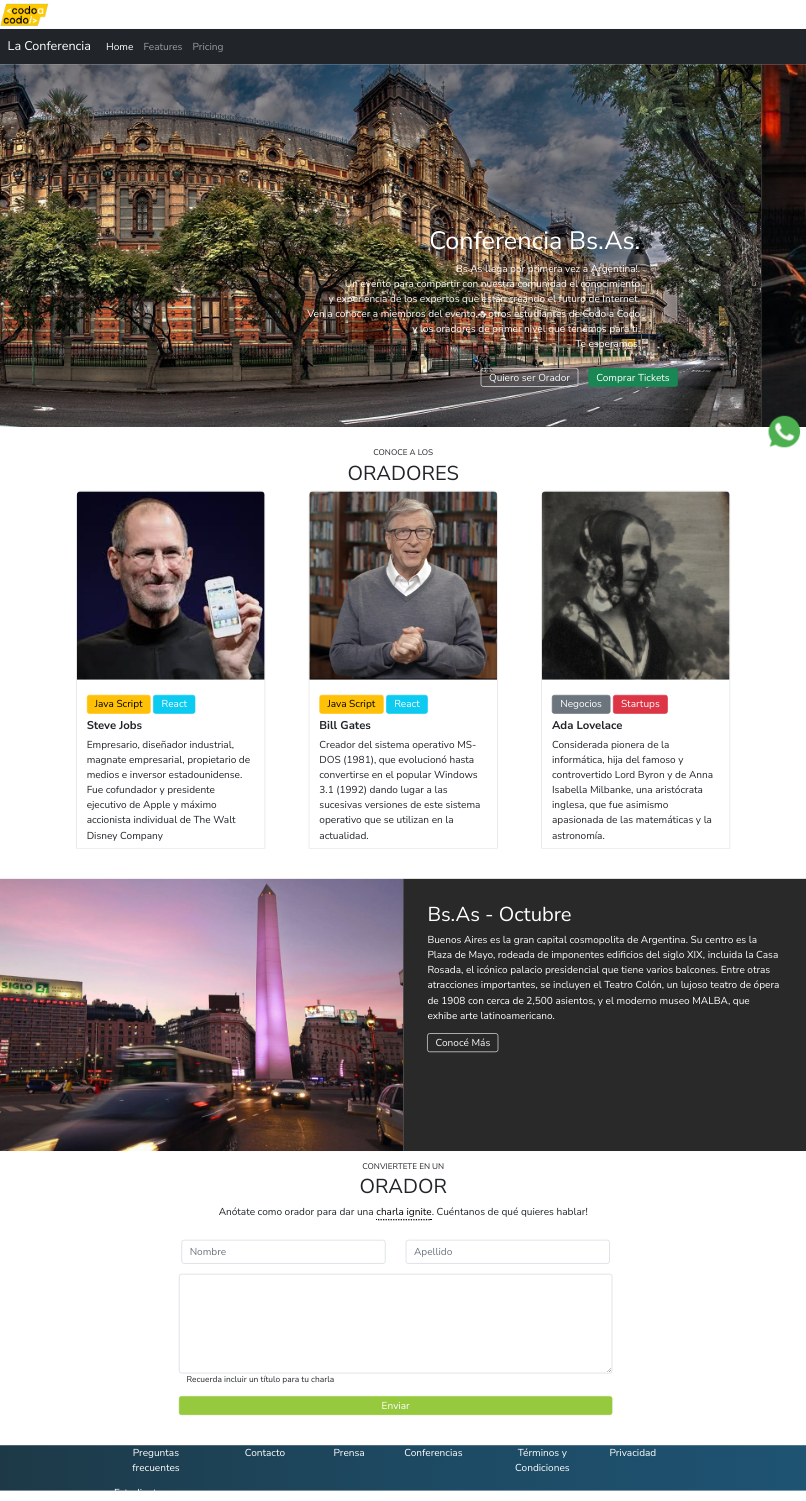
Repository: Melire/trabajo-final-BS
Page: index.html
These files come from the project's save history. The page is drawn as it stood at one moment and after the next save; the edit follows.
The browser window is 1280 px wide. The pictures show the whole page, at 63% of full size.

Above is the page before, as saved 2023-05-11 17:22:42.

### index.html
<!DOCTYPE html>
<html lang="es">

<head>
    <meta charset="UTF-8">
    <meta http-equiv="X-UA-Compatible" content="IE=edge">
    <meta name="viewport" content="width=device-width, initial-scale=1.0">
    <title>Proyecto Melisa Renovales Wolcan</title>
    <link rel="shortcut icon" href="favicon.ico" type="image/x-icon">
    <link href="https://cdn.jsdelivr.net/npm/bootstrap@5.0.2/dist/css/bootstrap.min.css" rel="stylesheet"
        integrity="sha384-EVSTQN3/azprG1Anm3QDgpJLIm9Nao0Yz1ztcQTwFspd3yD65VohhpuuCOmLASjC" crossorigin="anonymous">
    <link rel="stylesheet" href="./css/estilos3.css">

</head>

<body>
    <header class="header">
        <div class="headerNav">
            <div class="contenedorLogo">
                <a href="https://www.buenosaires.gob.ar/educacion/codo-codo" target="_blank">
                    <img src="./assets/img/codoacodo.png" alt="Logo">
                </a>
                <h2>Conf. Bs.As.</h2>
            </div>
            <!--barra de navegacion BS-->

            <nav class="navbar navbar-expand-lg navbar-dark bg-dark">
                <div class="container-fluid">
                  <a class="navbar-brand" href="#laConferencia">La Conferencia</a>
                  <button class="navbar-toggler" type="button" data-bs-toggle="collapse" data-bs-target="#navbarNav" aria-controls="navbarNav" aria-expanded="false" aria-label="Toggle navigation">
                    <span class="navbar-toggler-icon"></span>
                  </button>
                  <div class="collapse navbar-collapse" id="navbarNav">
                    <ul class="navbar-nav">
                      <li class="nav-item">
                        <a class="nav-link active" aria-current="page" href="#">Home</a>
                      </li>
                      <li class="nav-item">
                        <a class="nav-link" href="#">Features</a>
                      </li>
                      <li class="nav-item">
                        <a class="nav-link" href="#">Pricing</a>
                      </li>
                    </ul>
                  </div>
                </div>
              </nav>
            <!--
            <nav>
                <ul class="nav">
                    <li class="nav-item">
                        <a class="nav-link active" aria-current="page" href="#laConferencia">La Conferencia</a>
                    </li>
                    <li class="nav-item">
                        <a class="nav-link" href="#losOradores">Los Oradores</a>
                    </li>
                    <li class="nav-item">
                        <a class="nav-link" href="#lugarYfecha">Lugar y La Fecha</a>
                    </li>
                    <li class="nav-item">
                        <a class="nav-link" href="#convierteteEnOrador">Conviértete en Orador</a>
                    </li>
                    <a class="nav-link color" href="./pages/comprar_tickets.html">Comprar tickets</a>
                    </li>
                </ul>
            </nav>
-->
        </div>
        <!--comportamientos carrousel BS-->
        <section id="laConferencia" class="contenedorCarousel">
            <div id="carouselExampleCaptions" class="carousel slide" data-bs-ride="carousel">
                <div class="carousel-indicators">
                    <div class="carouselNone">
                        <button type="button" data-bs-target="#carouselExampleCaptions" data-bs-slide-to="0"
                            class="active" aria-current="true" aria-label="Slide 1"></button>
                        <button type="button" data-bs-target="#carouselExampleCaptions" data-bs-slide-to="1"
                            aria-label="Slide 2"></button>
                        <button type="button" data-bs-target="#carouselExampleCaptions" data-bs-slide-to="2"
                            aria-label="Slide 3"></button>
                    </div>

                    <!--botones carrousel-->
                    <nav class="container">
                        <div class="botonesCabecera">
                            <a href="#convierteteEnOrador" button type="button" class="btn btn-outline-light">Quiero ser
                                Orador</a>
                            <div class="botonTickets">
                                <a href="./pages/comprar_tickets.html" button type="button"
                                    class="btn btn-success">Comprar
                                    Tickets</a>
                            </div>
                        </div>
                    </nav>
                </div>
                <!--textos y fotos carrousel BS-->
                <div class="carousel-inner">
                    <div class="carousel-item active">
                        <img src="./assets/img/ba1.jpg" class="d-block w-100" alt="Palacio del agua">
                        <div class="carousel-caption d-none d-md-block">
                            <h5 class="texto"> Conferencia Bs.As.</h5>
                            <p> Bs As llega por primera vez a Argentina!.<br /> Un evento para compartir con nuestra
                                comunidad el conocimiento<br /> y experiencia de los expertos que están creando el
                                futuro de Internet.<br />
                                Ven a conocer a miembros del evento, a otros estudiantes de Codo a Codo<br /> y los
                                oradores de primer nivel que tenemos para ti.<br />Te esperamos!</p>
                        </div>
                    </div>
                    <div class="carousel-item">
                        <img src="./assets/img/ba2.jpg" class="d-block w-100" alt="obelisco">
                        <div class="carousel-caption d-none d-md-block">
                            <h5 class="texto">Paseos en bus</h5>
                            <p>Tenemos la mejor selección de tours en español en Argentina<br />
                                ¡y al mejor precio! Descubre todo lo que puedes hacer en la Ciudad de Buenos
                                Aires!<br />
                                Veni a conocer un mágico Buenos Aires<br /> Te invitamos a conocer las costumbres y
                                gastronomía de la vida porteña de antaño</p>
                        </div>
                    </div>
                    <div class="carousel-item">
                        <img src="./assets/img/ba3.jpg" class="d-block w-100" alt="Diagonal sur">
                        <div class="carousel-caption d-none d-md-block">
                            <h5 class="texto">Visitas guiadas en edificios históricos</h5>
                            <p>En nuestras caminatas guiadas,<br /> recorremos los edificios mas hermosos de la
                                ciudad,<br /> llenos de histrorias y misterios.<br /> No te lo pierdas!</p>
                        </div>
                    </div>
                </div>

                <button class="carousel-control-prev" type="button" data-bs-target="#carouselExampleCaptions"
                    data-bs-slide="prev">
                    <span class="carousel-control-prev-icon" aria-hidden="true"></span>
                    <span class="visually-hidden">Previous</span>
                </button>
                <button class="carousel-control-next" type="button" data-bs-target="#carouselExampleCaptions"
                    data-bs-slide="next">
                    <span class="carousel-control-next-icon" aria-hidden="true"></span>
                    <span class="visually-hidden">Next</span>
                </button>
            </div>
        </section>
    </header>

    <!--Oradores BS-->
    <main>
        <section id="losOradores" class="sectionOradores">
            <h2><span class=tituloCh>CONOCE A LOS</span> <br> ORADORES</h2>
            <div class="padreCards">
                <div class="container row row-cols-1 row-cols-md-3 g-3">
                    <div class="col">
                        <div class="card h-100">
                            <img src="./assets/img/steve.jpg" class="card-img-top" alt="Steve Jobs">
                            <div class="buttonsCard">
                                <button type="button" class="btn btn-warning">Java Script</button>
                                <button type="button" class="btn btn-info">React</button>

                            </div>

                            <div class="card-body">
                                <h5 class="card-title"><span>Steve Jobs</span></h5>
                                <p class="card-text">Empresario, diseñador industrial, magnate empresarial, propietario
                                    de medios e inversor
                                    estadounidense. Fue cofundador y presidente ejecutivo de Apple​ y máximo accionista
                                    individual de The Walt Disney Company</p>
                            </div>
                        </div>
                    </div>

                    <div class="col">
                        <div class="card h-100">
                            <img src="./assets/img/bill.jpg" class="card-img-top" alt="Bill Gates">
                            <div class="buttonsCard">
                                <button type="button" class="btn btn-warning">Java Script</button>
                                <button type="button" class="btn btn-info">React</button>
                            </div>
                            <div class="card-body">
                                <h5 class="card-title">Bill Gates</h5>
                                <p class="card-text">Creador del sistema operativo MS-DOS (1981), que evolucionó hasta
                                    convertirse en el popular
                                    Windows 3.1 (1992) dando lugar a las sucesivas versiones de este sistema operativo
                                    que se
                                    utilizan en la actualidad.</p>
                            </div>
                        </div>
                    </div>
                    <div class="col">
                        <div class="card h-100">
                            <img src="./assets/img/ada.jpeg" class="card-img-top" alt="Ada Lovelace">
                            <div class="buttonsCard">
                                <button type="button" class="btn btn-secondary">Negocios</button>
                                <button type="button" class="btn btn-danger">Startups</button>
                            </div>
                            <div class="card-body">
                                <h5 class="card-title">Ada Lovelace</h5>
                                <p class="card-text">Considerada pionera de la informática, hija del famoso y
                                    controvertido Lord Byron y de Anna
                                    Isabella Milbanke, una aristócrata inglesa, que fue asimismo apasionada de las
                                    matemáticas y
                                    la astronomía.</p>
                            </div>
                        </div>
                    </div>
                </div>
            </div>
        </section>
        <section id="lugarYfecha" class="container-fluid">
            <div class="row">
                <div class="col-sm-12 col-md-6 colIzq">

                </div>
                <div class="col-sm-12 col-md-6 colDer">
                    <h2>Bs.As - Octubre</h2>
                    <p>Buenos Aires es la gran capital cosmopolita de Argentina. Su centro es la Plaza de Mayo, rodeada
                        de imponentes edificios del siglo XIX, incluida la Casa Rosada, el icónico palacio presidencial
                        que tiene varios balcones. Entre otras atracciones importantes, se incluyen el Teatro Colón, un
                        lujoso teatro de ópera de 1908 con cerca de 2,500 asientos, y el moderno museo MALBA, que exhibe
                        arte latinoamericano.</p>
                    <a href=""><button type="button" class="btn btn-outline-light">Conocé Más</button></a>
                </div>
        </section>



        <!--Formulario Orador-->
        <section id="convierteteEnOrador" class="formularioOrador container row-cols-1">
            <form>
                <h2><span class="tituloCh"> CONVIERTETE EN UN </span> <br> ORADOR</h2>
                <p>Anótate como orador para dar una <a href="" class="charla">charla ignite</a>.
                    Cuéntanos de qué quieres hablar!</p>

                <div class="mb-3">
                    <div class="datosUser container row ">
                        <div class="imputName col-sm-12  col-md-6 col-lg-4">
                            <input type="text" class="form-control" id="Nombre" placeholder="Nombre">
                        </div>
                        <div class="imputName col-sm-12  col-md-6 col-lg-4">
                            <input type="text" class="form-control" id="Apellido" placeholder="Apellido">
                        </div>

                        <div class="container row col-sm-12  col-md-8 col-lg-8">
                            <textarea class="form-control " id="exampleFormControlTextarea1" rows="6"
                                placeholder="Sobre que quieres hablar?">
                            </textarea>
                                <p class="finalForm">Recuerda incluir un título para tu charla</p>
                        </div>

                            <div class="d-grid gap-2 col-sm-12  col-md-8 col-lg-8">
                                <button class="btn btn-success-color">Enviar</button>
                            </div>
                    </div>
                </div>
            </form>
        </section>
    </main>


    <!--footer BS-->
    <footer class="footer container-fluid mt-5">
        <div class="contenedorFooter row text-center gap-3 w-75 h-100 mx-auto">
            <a class="col-sm-12 col-md-2" href="#Preguntas frecuentes">Preguntas frecuentes</a>
            <a class="col-sm-12 col-md-2" href="#contacto">Contacto</a>
            <a class="col-sm-12 col-md-1" href="#prensa">Prensa</a>
            <a class="col-sm-12 col-md-2" href="#conferencias">Conferencias</a>
            <a class="col-sm-12 col-md-2" href="#condiciones">Términos y Condiciones</a>
            <a class="col-sm-12 col-md-1" href="#privacidad">Privacidad</a>
            <a class="col-sm-12 col-md-1" href="#estudiantes">Estudiantes</a>
        </div>
        <a href=""><img class="wsp" src="./assets/img/whatsapp.png" alt="what"></a>
    </footer>
    <script src="https://cdn.jsdelivr.net/npm/bootstrap@5.0.2/dist/js/bootstrap.bundle.min.js"
        integrity="sha384-MrcW6ZMFYlzcLA8Nl+NtUVF0sA7MsXsP1UyJoMp4YLEuNSfAP+JcXn/tWtIaxVXM"
        crossorigin="anonymous"></script>
</body>

</html>

Loaded but not shown: css/estilos3.css (644 lines, source omitted)

After the next save:
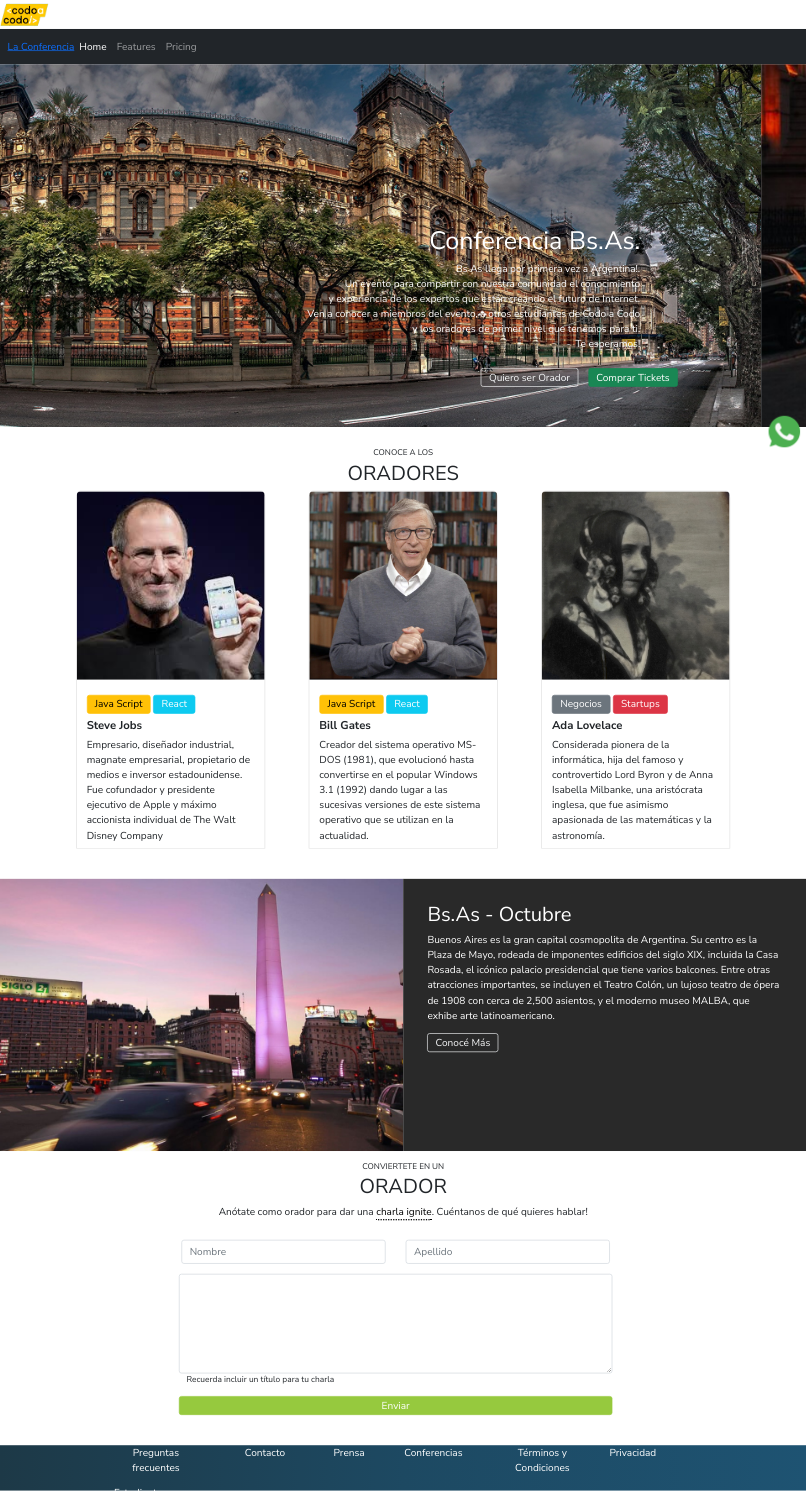
Saved 73 s later.
--- a/index.html
+++ b/index.html
@@ -26,7 +26,7 @@
 
             <nav class="navbar navbar-expand-lg navbar-dark bg-dark">
                 <div class="container-fluid">
-                  <a class="navbar-brand" href="#laConferencia">La Conferencia</a>
+                  <a class="navbar-nav" href="#laConferencia">La Conferencia</a>
                   <button class="navbar-toggler" type="button" data-bs-toggle="collapse" data-bs-target="#navbarNav" aria-controls="navbarNav" aria-expanded="false" aria-label="Toggle navigation">
                     <span class="navbar-toggler-icon"></span>
                   </button>

After the save that followed:
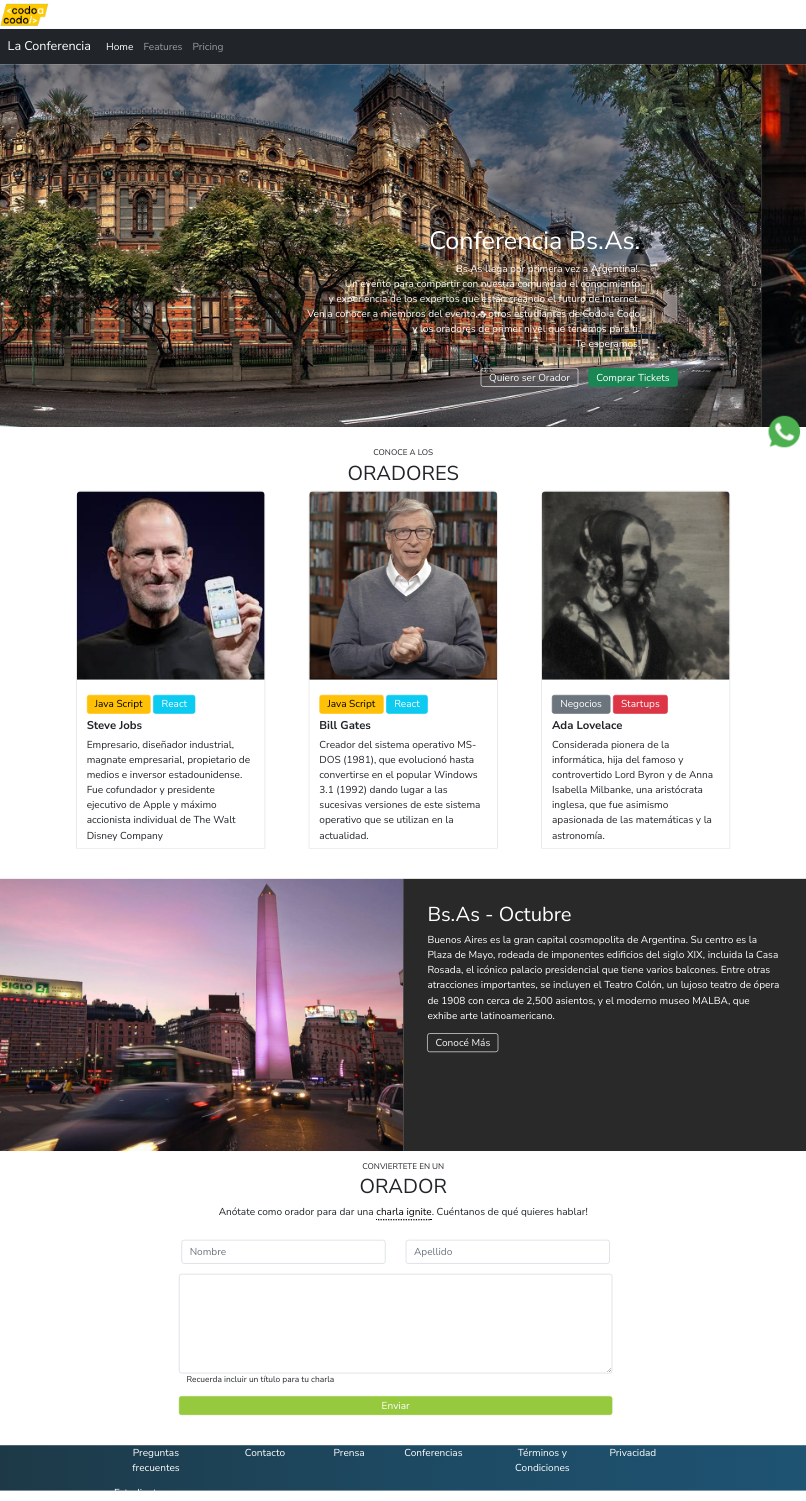
Saved 55 s later.
--- a/index.html
+++ b/index.html
@@ -26,7 +26,7 @@
 
             <nav class="navbar navbar-expand-lg navbar-dark bg-dark">
                 <div class="container-fluid">
-                  <a class="navbar-nav" href="#laConferencia">La Conferencia</a>
+                  <a class="navbar-brand" href="#laConferencia">La Conferencia</a>
                   <button class="navbar-toggler" type="button" data-bs-toggle="collapse" data-bs-target="#navbarNav" aria-controls="navbarNav" aria-expanded="false" aria-label="Toggle navigation">
                     <span class="navbar-toggler-icon"></span>
                   </button>
